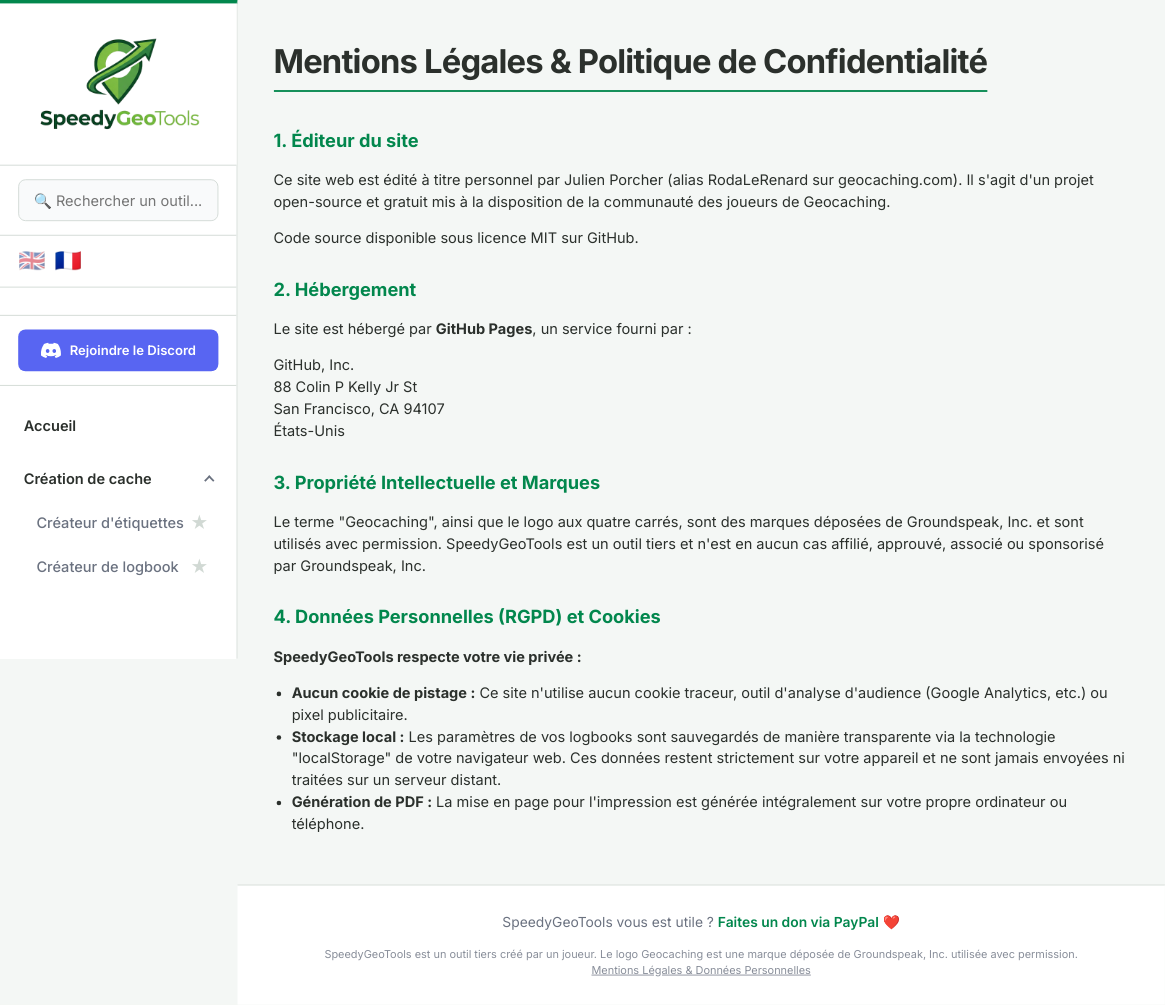
Repository: rodafux/SpeedyGeoTools
Page: fr/legal.html
An editor plug-in stored every save of this project. The page is shown before and after the next save, followed by the edit.
The browser window is 1280 px wide. The pictures show the whole page, at 91% of full size.

Above is the page before, as saved 2026-04-11 01:49:12.

After the next save:
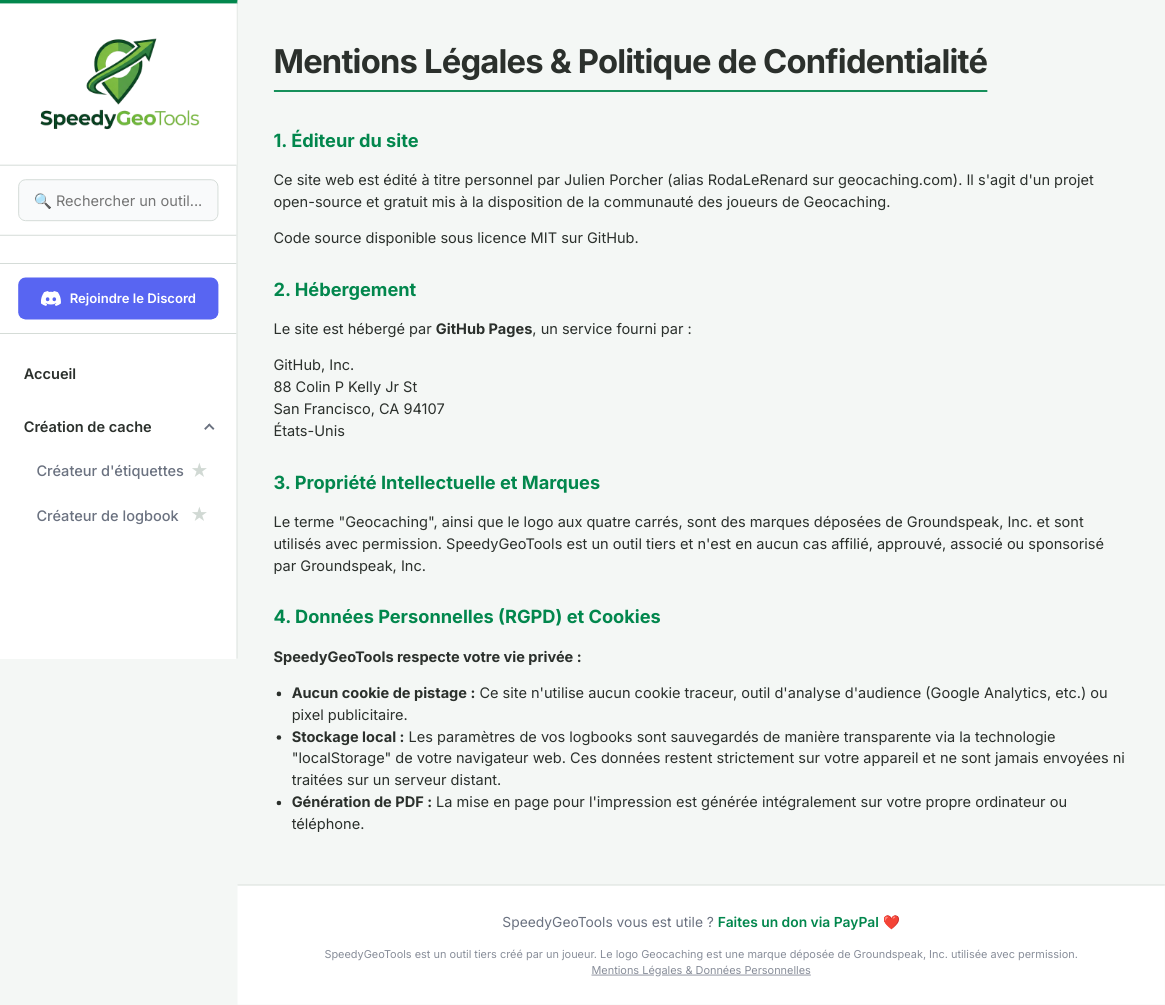
Saved 7 s later.
--- a/fr/legal.html
+++ b/fr/legal.html
@@ -24,10 +24,6 @@
         <div class="sidebar-content" id="sidebarContent">
             <div class="search-container">
                 <input type="text" id="toolSearch" placeholder="🔍 Rechercher un outil..." onkeyup="filterTools()">
-            </div>
-            <div style="padding: 10px 20px; border-bottom: 1px solid var(--border-color); display: flex; gap: 10px;">
-                <a href="../legal.html" style="text-decoration: none; font-size: 1.5rem; opacity: 0.5;">🇬🇧</a>
-                <a href="legal.html" style="text-decoration: none; font-size: 1.5rem; opacity: 1;">🇫🇷</a>
             </div>
             <div id="google_translate_element" class="translation-widget"></div>
             <div class="sidebar-discord">
